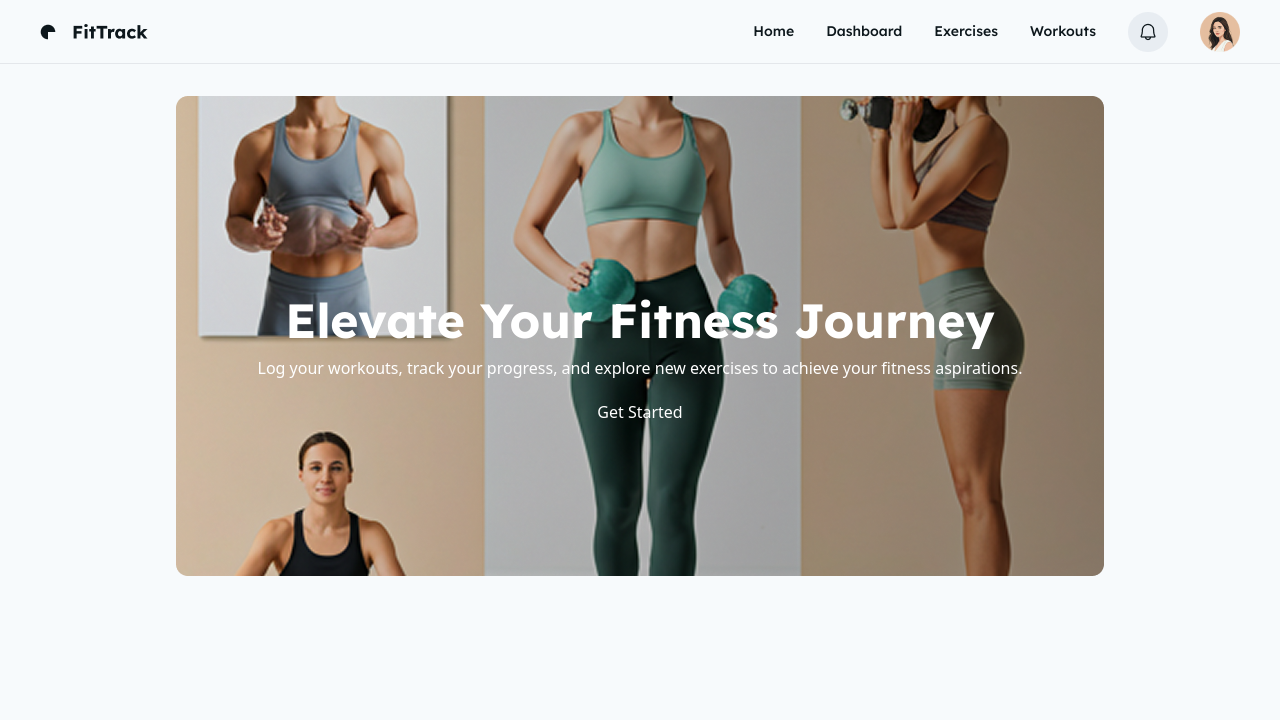
Repository: Emy-gold/fitness-tracking-platform
Page: /
The author's editor kept a copy of each file at every save. The page is drawn from the files as they stood at one save, then again after the next save.
The browser window is 1280 px wide. The pictures show the whole page.
The project was rebuilt for these pictures with package versions that can differ from the ones it lists, and the page was loaded fresh each time. Also part of the build but not shown: vite.config.js, src/Pages/Dashboard.jsx, src/Pages/Exercises.jsx, src/Pages/Workouts.jsx, src/components/Footer.jsx.

Above is the page before, as saved 2025-08-24 22:27:47.

### index.html
<!doctype html>
<html lang="en">

<head>
  <meta charset="UTF-8" />
  <link rel="icon" type="image/svg+xml" href="/vite.svg" />
  <meta name="viewport" content="width=device-width, initial-scale=1.0" />
  <link href="https://fonts.googleapis.com/css2?family=Lexend:wght@300;400;500;600;700&display=swap" rel="stylesheet">
  <title>Vite + React</title>
</head>

<body>
  <div id="root"></div>
  <script type="module" src="/src/main.jsx"></script>
</body>

</html>

### src/index.css
@tailwind base;
@tailwind components;
@tailwind utilities;

body{
    padding: 0;
    margin: 0;
        background-color: #F7FAFC;
}

### src/App.jsx
import './App.css';
import { BrowserRouter as Router, Routes, Route } from 'react-router-dom';
import Home from './Pages/Home';
import Dashboard from './Pages/Dashboard.jsx';
import Exercises from './Pages/Exercises.jsx';
import Workouts from './Pages/Workouts.jsx';
import Header from './components/Header.jsx';
import Footer from './components/Footer';


function App() {

  return (
    <>

      <Router>
        <Header />
        <Routes>
          <Route path="/" element={<Home />} />
          <Route path="/dashboard" element={<Dashboard />} />
          <Route path="/exercises" element={<Exercises />} />
          <Route path="/workouts" element={<Workouts />} />
        </Routes>
      </Router>
    </>
  )
}

export default App

### src/App.css
#root {
    margin: 0 auto;
    padding: 0;
    text-align: center;

}

.logo {
    height: 6em;
    padding: 1.5em;
    will-change: filter;
    transition: filter 300ms;
}
.logo:hover {
    filter: drop-shadow(0 0 2em #646cffaa);
}
.logo.react:hover {
    filter: drop-shadow(0 0 2em #61dafbaa);
}

@keyframes logo-spin {
    from {
    transform: rotate(0deg);
    }
    to {
    transform: rotate(360deg);
    }
}

@media (prefers-reduced-motion: no-preference) {
    a:nth-of-type(2) .logo {
    animation: logo-spin infinite 20s linear;
    }
}

.card {
    padding: 2em;
}

.read-the-docs {
    color: #888;
}

### src/Pages/Home.jsx
import React from 'react';
import Header from '../components/Header';
import homepic from "../assets/home.png";

function Home() {
    return (
        <>
            <main className='flex justify-center'>
                <section className='my-8'>
                    <img src={homepic} className="" />
                    <div className="absolute inset-0 flex flex-col justify-center text-center text-white">
                        <h1 className='text-5xl font-lexend font-bold mb-3'>Elevate Your Fitness Journey</h1>
                        <p className=''>Log your workouts, track your progress, and explore new exercises to achieve your fitness aspirations.</p>
                        <button className='mt-5'>Get Started</button>
                    </div>

                </section >
                <section></section>
                <section></section>
            </main >
        </>

    )
}

export default Home

### src/components/Header.jsx
import React from 'react';
import { Link } from 'react-router-dom';
import logo from "../assets/logo.png";
import icon from "../assets/notifeicon.png";
import profilePic from "../assets/profilepic.png";

function Header() {
    return (
        <>
            <header className='bg-primary border-b border-gray-300/50 sticky w-full h-16 top-0 z-50 px-10'>
                <div className="flex relative justify-between items-center h-full">
                    <Link to="/" className='flex items-center'>
                        <img
                            src={logo}
                            alt="logo"
                            className='hover:opacity-20 transition-opacity duration-300'
                        />
                    </Link>

                    <nav className='flex gap-8 items-center ml-auto'>
                        <Link to="/" className='font-lexend font-medium text-sm text-textColor hover:scale-105 leading-[21px]'>Home</Link>
                        <Link to="/dashboard" className='font-lexend font-medium text-sm text-textColor hover:scale-105 leading-[21px]'>Dashboard</Link>
                        <Link to="/exercises" className='font-lexend font-medium text-sm text-textColor hover:scale-105 leading-[21px]'>Exercises</Link>
                        <Link to="/workouts" className='font-lexend font-medium text-sm text-textColor hover:scale-105 leading-[21px]'>Workouts</Link>
                        <img src={icon} className='hover:scale-105 duration-200' />
                        <img src={profilePic} className='h-10 w-10 hover:scale-105 duration-200' />
                    </nav>

                    <div></div>
                </div>
            </header>
        </>
    )
}

export default Header;

### tailwind.config.js

/** @type {import('tailwindcss').Config} */
export default {
  content: [
    "./index.html",
    "./src/**/*.{js,ts,jsx,tsx}",
  ],
  theme: {
    extend: {
      fontFamily: {
        lexend: ['Lexend', 'sans-serif'],
      },
      colors: {
        primary: "#F7FAFC",
        textColor: "#0D171C",
      }
    },
  },
  plugins: [],
}

Loaded but not shown: src/main.jsx (common file)

After the next save:
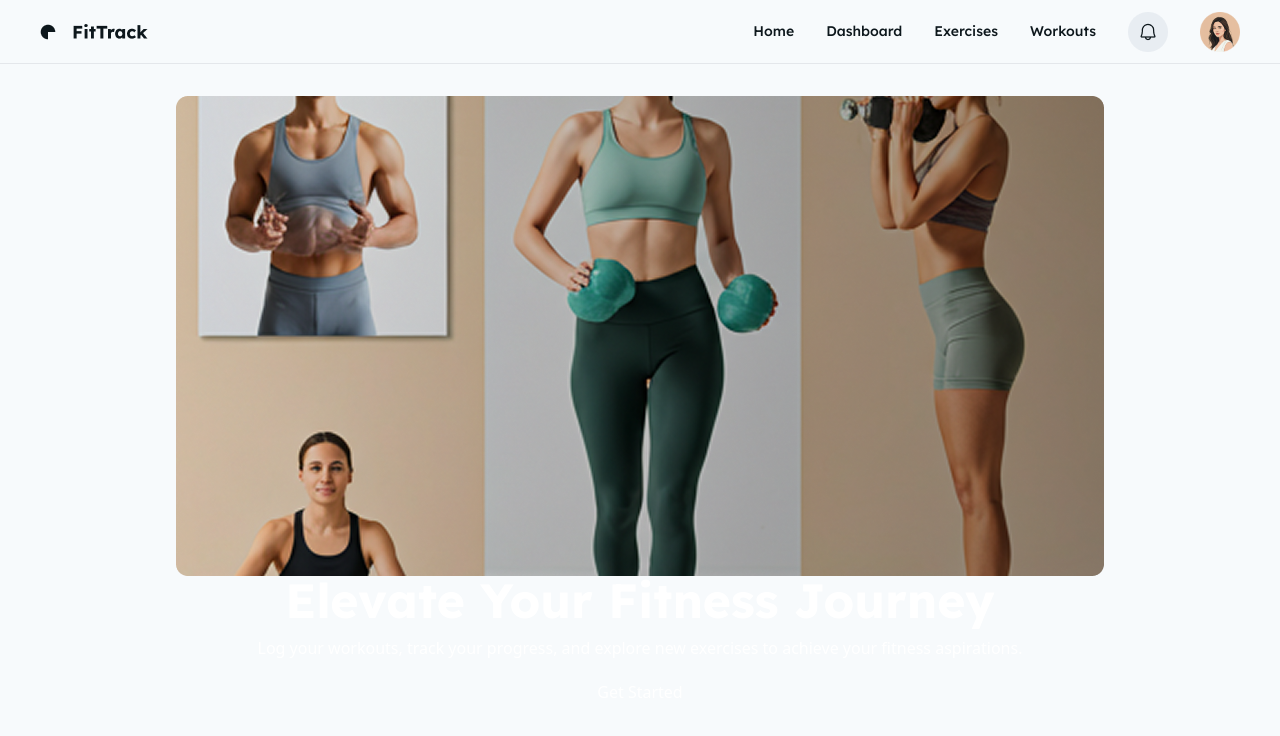
Saved 2 min 30 s later.
--- a/src/Pages/Home.jsx
+++ b/src/Pages/Home.jsx
@@ -6,9 +6,9 @@ function Home() {
     return (
         <>
             <main className='flex justify-center'>
-                <section className='my-8'>
+                <section className='my-8 relative'>
                     <img src={homepic} className="" />
-                    <div className="absolute inset-0 flex flex-col justify-center text-center text-white">
+                    <div className="absolute inset-0 flex flex-col justify-center text-center text-white relative">
                         <h1 className='text-5xl font-lexend font-bold mb-3'>Elevate Your Fitness Journey</h1>
                         <p className=''>Log your workouts, track your progress, and explore new exercises to achieve your fitness aspirations.</p>
                         <button className='mt-5'>Get Started</button>
